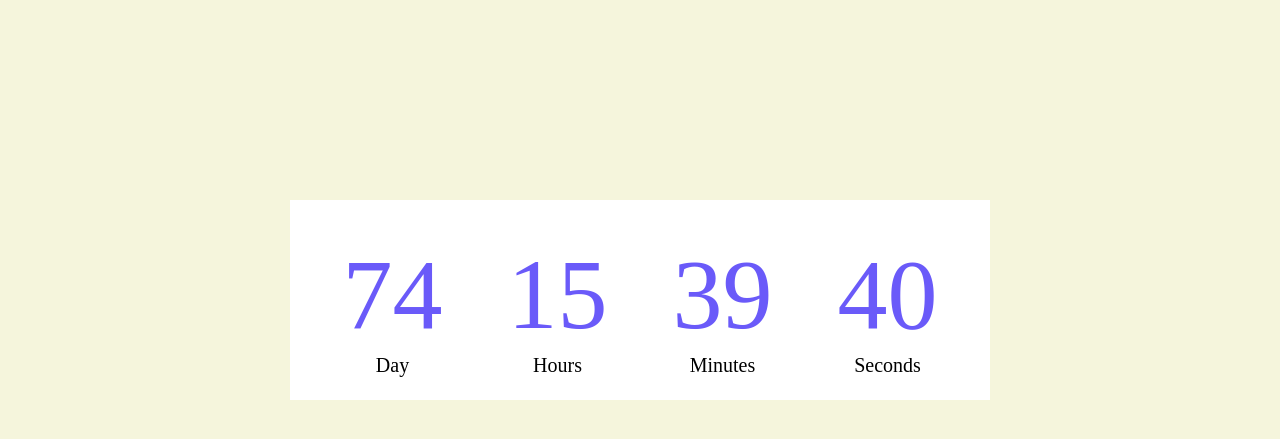
Repository: tienbkvn0605/counddown-demo
Page: index.html
An editor plug-in stored every save of this project. The page is shown before and after the next save, followed by the edit.
The browser window is 1280 px wide. The pictures show the whole page.

Above is the page before, as saved 2023-01-28 23:56:51.

After the next save:
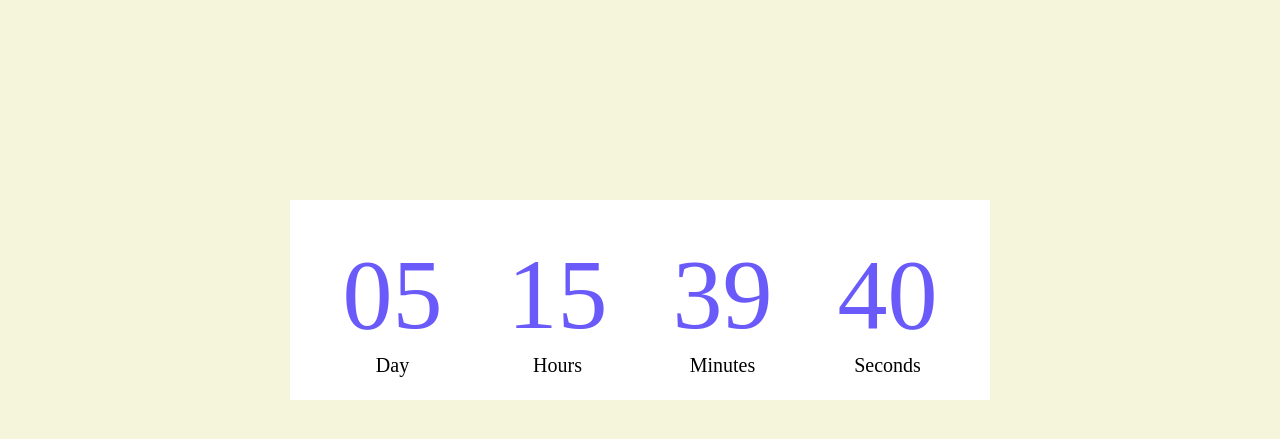
Saved 34 s later.
--- a/app2.js
+++ b/app2.js
@@ -30,7 +30,7 @@ window.addEventListener("load", function () {
       }
     }, 1000);
   }
-  countDow("Sat Mar 28 2023 23:55:50 GMT+0900 (Japan Standard Time)");
+  countDow("Sat Apr 28 2023 23:55:50 GMT+0900 (Japan Standard Time)");
 });
 
 // countDown("Wed Oct 07 2022 00:00:00 GMT+0900 (Japan Standard Time)");
